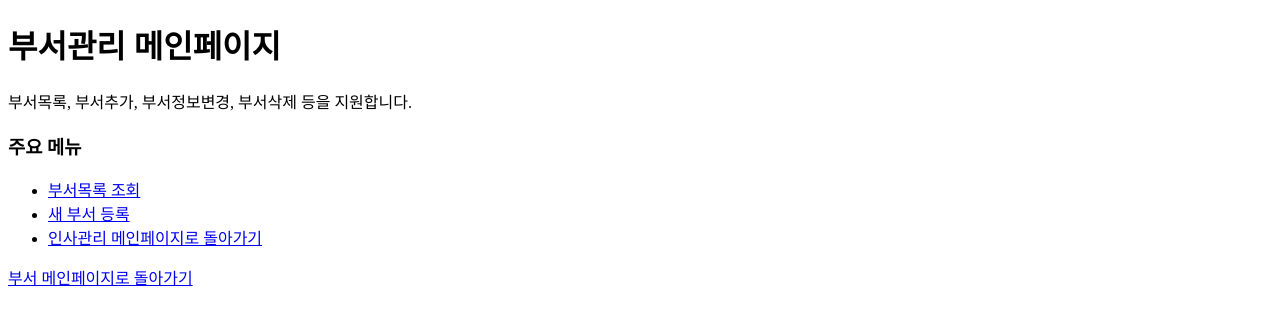
Repository: onuo77/ja_HTA
Page: http://localhost/sample/hr/dept/main.jsp
These files come from the project's save history. The page is drawn as it stood at one moment and after the next save; the edit follows.
The browser window is 1280 px wide. The pictures show the whole page.
The page is served by Tomcat 9.

Above is the page before, as saved 2021-05-21 07:48:26.

After the next save:
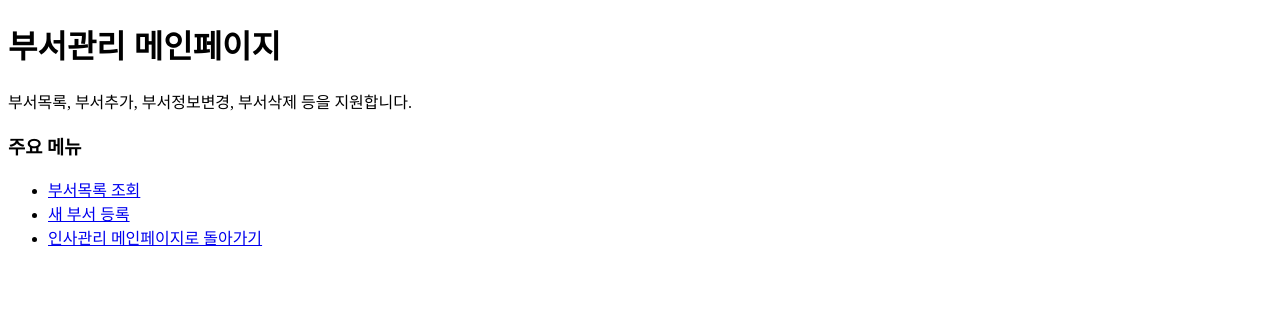
Saved 28 h 18 min later.
--- a/java-web/sample/src/main/webapp/hr/dept/main.jsp
+++ b/java-web/sample/src/main/webapp/hr/dept/main.jsp
@@ -16,7 +16,5 @@
 		<li><a href="form.jsp">새 부서 등록</a></li>
 		<li><a href="../main.jsp">인사관리 메인페이지로 돌아가기</a></li>
 	</ul>
-
-	<p><a href="main.jsp">부서 메인페이지로 돌아가기</a></p>
 </body>
 </html>
